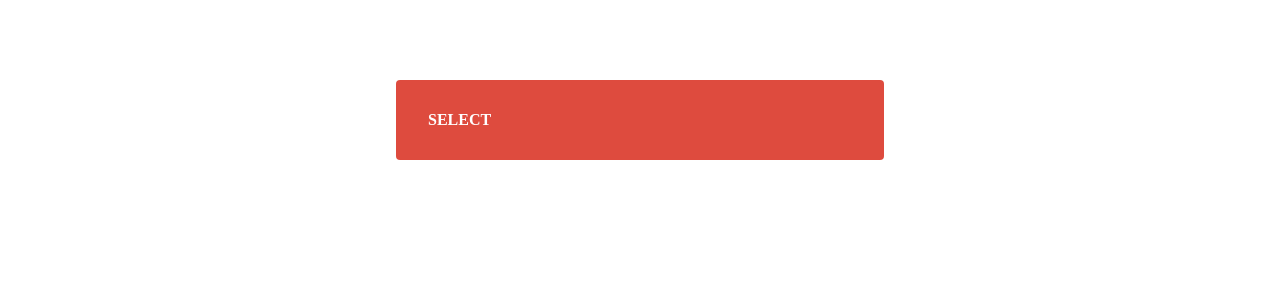
Repository: fdhhhdjd/React-Witth-Framer-Motion
Page: /
These files come from the project's save history. The page is drawn as it stood at one moment and after the next save; the edit follows.
The browser window is 1280 px wide. The pictures show the whole page.
The project was rebuilt for these pictures with package versions that can differ from the ones it lists, and the page was loaded fresh each time. Also part of the build but not shown: src/App.css, src/Component/ChooseImg/ChooseImg.js.

Above is the page before, as saved 2021-10-11 20:31:42.

After the next save:
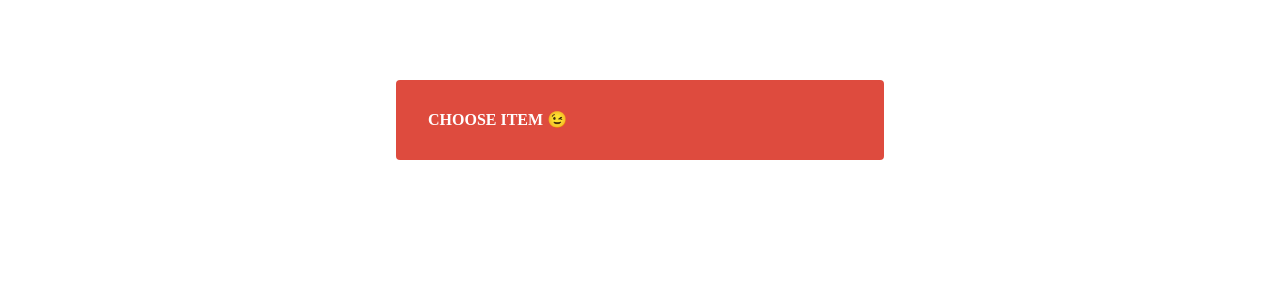
Saved 4 s later.
--- a/src/Page/Dropdown/Dropdown.js
+++ b/src/Page/Dropdown/Dropdown.js
@@ -6,7 +6,7 @@ const Dropdown = () => {
   return (
     <div class="dropdown">
       <div class="dropdown__select">
-        <span class="dropdown__selected">select</span>
+        <span class="dropdown__selected">{select}</span>
         <i class="fa fa-caret-down dropdown__caret"></i>
       </div>
       <ul class="dropdown__list">
